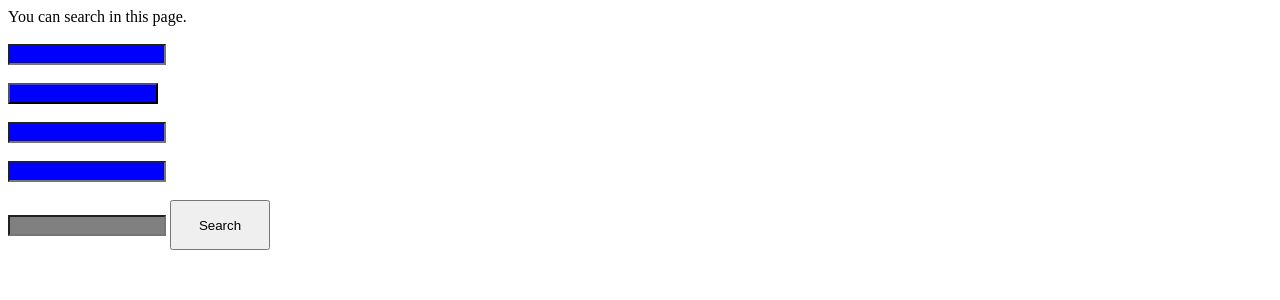
Repository: learoncero/SEProjektUebung
Page: http://localhost/HikingSoftware/search.jsp
An editor plug-in stored every save of this project. The page is shown before and after the next save, followed by the edit.
The browser window is 1280 px wide. The pictures show the whole page.
The page is served by Tomcat 9.

Above is the page before, as saved 2023-10-18 08:06:54.

### HikingSoftware/src/main/webapp/search.jsp
<%@ page language="java" contentType="text/html; charset=ISO-8859-1"
    pageEncoding="ISO-8859-1"%>
<!DOCTYPE html>
<html>
<head>
<meta charset="ISO-8859-1">
<title>Insert title here</title>
</head>
<body>
	You can search in this page.
	<br/><br/>
	<input type="text" style="width:150px;background-color:blue">
	<br/><br/>
	<input type="button" style="width:150px;background-color:blue">
	<br/><br/>
	<input type="password" style="width:150px;background-color:blue">
	<br/><br/>
	<input type="email" style="width:150px;background-color:blue">
	<br/><br/>

	<form action="search_results.jsp">
		<input type="text" name="suchstring" style="width:150px;background-color:grey">
		<input type="submit" value="Search" style="width:100px;height:50px">
	</form>

</body>
</html>

After the next save:
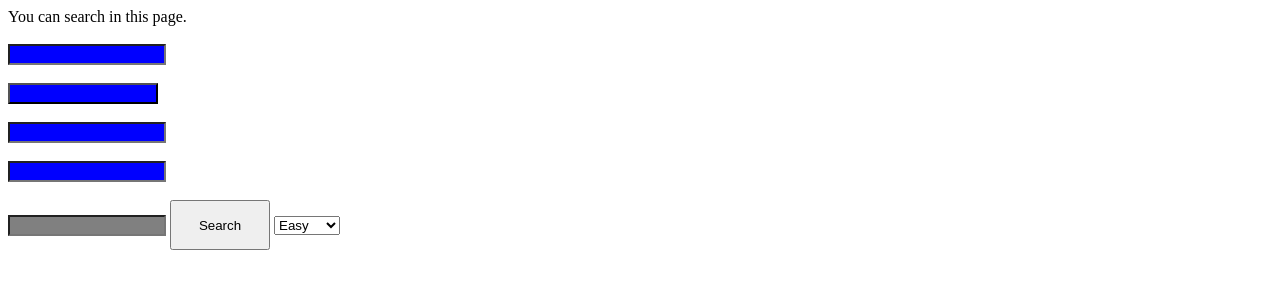
Saved 3 min 21 s later.
--- a/HikingSoftware/src/main/webapp/search.jsp
+++ b/HikingSoftware/src/main/webapp/search.jsp
@@ -19,8 +19,15 @@
 	<br/><br/>
 
 	<form action="search_results.jsp">
-		<input type="text" name="suchstring" style="width:150px;background-color:grey">
+		<input type="text" name="searchString" style="width:150px;background-color:grey">
+		<!-- Mit type submit werden alle Inhalte in dem Textfeld als Formular geschickt  -->
 		<input type="submit" value="Search" style="width:100px;height:50px">
+
+		<select name="difficulty">
+			<option value="1">Easy</option>
+			<option value="5">Difficult</option>
+		</select>
+
 	</form>
 
 </body>
